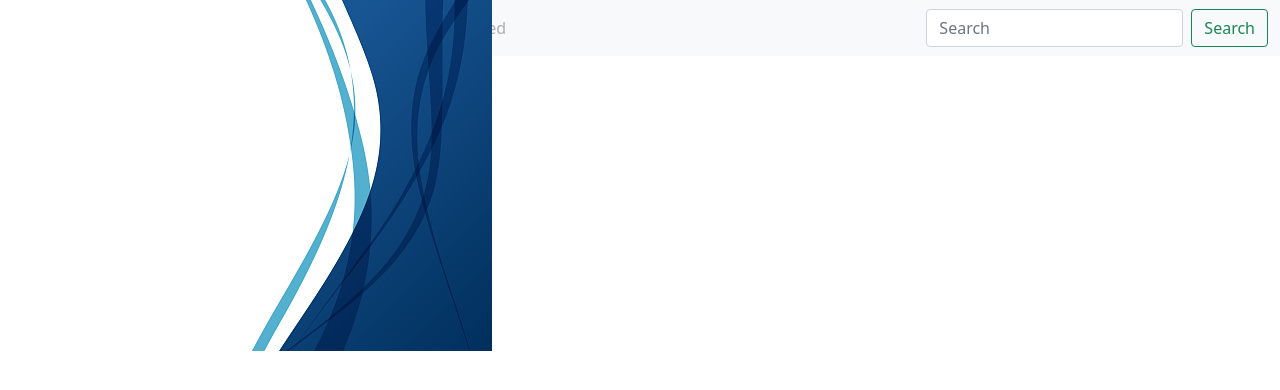
Repository: j0sh-404/control-clases-alumnos
Page: vista/principal/principal.html
The author's editor kept a copy of each file at every save. The page is drawn from the files as they stood at one save, then again after the next save.
The browser window is 1280 px wide. The pictures show the whole page.

Above is the page before, as saved 2022-07-09 20:06:55.

After the next save:
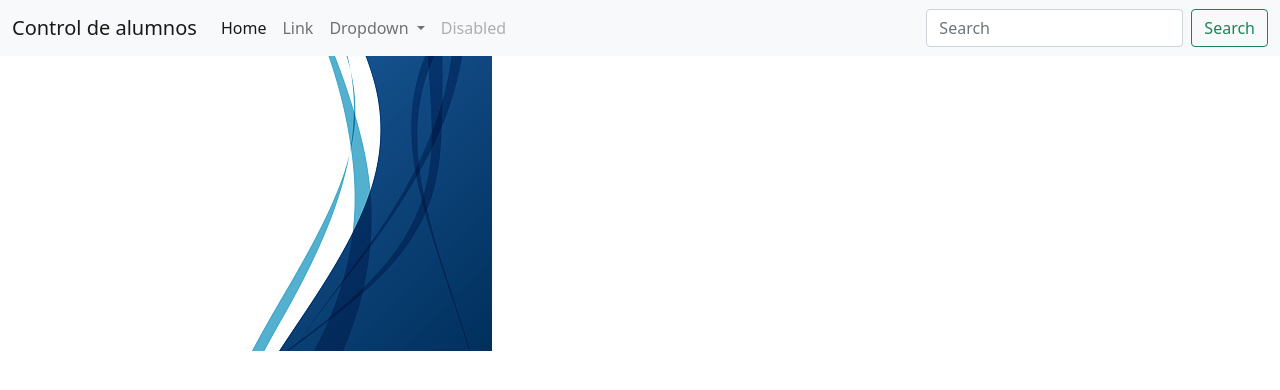
Saved 31 s later.
--- a/vista/principal/principal.html
+++ b/vista/principal/principal.html
@@ -7,7 +7,7 @@
     <link rel="stylesheet" href="./principal.css">
     <link href="https://cdn.jsdelivr.net/npm/bootstrap@5.0.2/dist/css/bootstrap.min.css" rel="stylesheet" integrity="sha384-EVSTQN3/azprG1Anm3QDgpJLIm9Nao0Yz1ztcQTwFspd3yD65VohhpuuCOmLASjC" crossorigin="anonymous">
 </head>
-<body>
+<body class="fondo">
     <nav class="navbar navbar-expand-lg navbar-light bg-light">
         <div class="container-fluid">
           <a class="navbar-brand" href="#">Control de alumnos</a>
@@ -44,9 +44,6 @@
           </div>
         </div>
       </nav>
-      <div class="fondo">
-
-      </div>
       <script src="https://code.jquery.com/jquery-3.6.0.js" integrity="sha256-H+K7U5CnXl1h5ywQfKtSj8PCmoN9aaq30gDh27Xc0jk=" crossorigin="anonymous"></script>
      <script src="https://cdn.jsdelivr.net/npm/bootstrap@5.0.2/dist/js/bootstrap.bundle.min.js" integrity="sha384-MrcW6ZMFYlzcLA8Nl+NtUVF0sA7MsXsP1UyJoMp4YLEuNSfAP+JcXn/tWtIaxVXM" crossorigin="anonymous"></script>
 </body>
